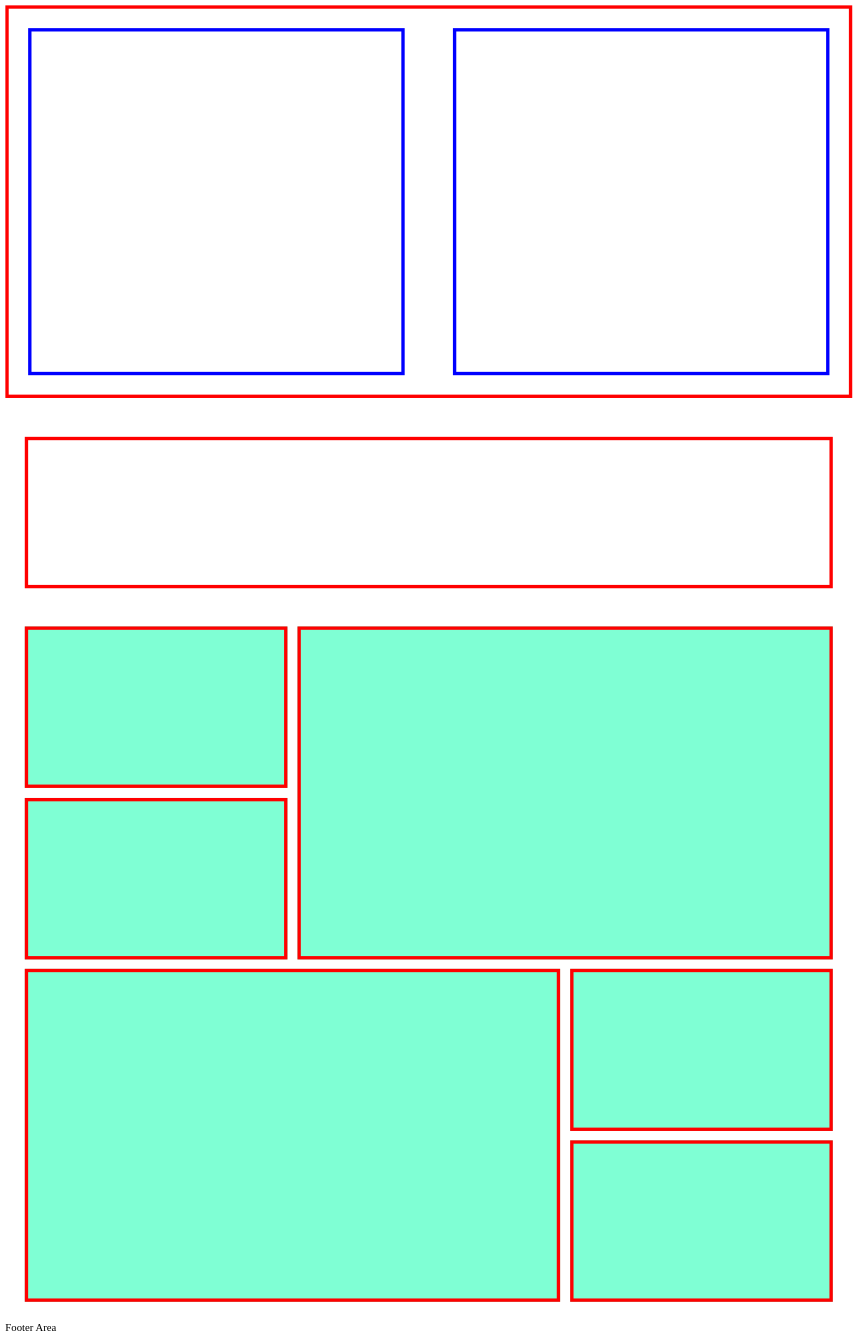
Repository: BwesewB/Brutalist-Website
Page: /
The author's editor kept a copy of each file at every save. The page is drawn from the files as they stood at one save, then again after the next save.
The browser window is 1280 px wide. The pictures show the whole page, at 67% of full size.
The project was rebuilt for these pictures with package versions that can differ from the ones it lists, and the page was loaded fresh each time. The framework's server and built-in components were replaced by stand-ins that run in the browser. Also part of the build but not shown: next.config.mjs.

Above is the page before, as saved 2024-02-03 17:54:26.

### pages/index.js
import Head from "next/head";
import Image from "next/image";
import styles from "@/styles/Home.module.css";
import { useState } from "react";



export default function Home() {

  const[input,setInput] = useState();


  const classFilters = {
    1: 'Magician',
    2: 'Theif',
    4: 'Warrior',
    8: 'Bowman',
    16: 'Pirate',
    32: 'Nothing'
  }

const getClassStyle = flagValue => (input & flagValue) > 0 ? { backgroundColor: 'yellow'} : null;

  return (
    <>
      <Head>
        <title>Create Next App</title>
        <meta name="description" content="Generated by create next app" />
        <meta name="viewport" content="width=device-width, initial-scale=1" />
        <link rel="icon" href="/favicon.ico" />
      </Head>
      <main className={`${styles.main}`}>
        <div className={styles.titlePage}>
          <div className={styles.graphic}></div>
          <div className={styles.displayPanel}></div>
        </div>
        <div className={styles.bottomDisplay}>
          <div className={styles.inputArea}></div>
          <div className={styles.displayArea}>
            <div className={styles.posterOne}></div>
            <div className={styles.posterTwo}></div>
            <div className={styles.posterThree}></div>
            <div className={styles.posterFour}></div>
            <div className={styles.posterFive}></div>
            <div className={styles.posterSix}></div>
          </div>
        </div>

      </main>
      <footer>
        Footer Area
      </footer>
    </>
  );
}

{/* <div class="inputArea">
<input
id="input"
type="text"
placeholder="bitmask decimal value"
value={input}
onChange={event => setInput(event.target.value)}
/>
</div>
<div class="posterArea" >                                                             need to change to posters
<table>
  <tbody>
    {
      Object.keys(classFilters).map(item => (
        <tr key={item} style={getClassStyle(item)}>
          <td>{item}</td>
          <td>{classFilters[item]}</td>
        </tr>
      ))
    }
  </tbody>
</table>
</div> */}

### styles/globals.css
:root{

}

### styles/Home.module.css
.main {
  display:grid;
  grid-template-columns: repeat(4, 1fr);
  gap:4vh;
  box-sizing: border-box;
}

/* <div class="titlePage">
<div class="graphic"></div>
<div class="inputArea"></div>
</div>
<div class="displayArea">
<div class="posterOne"></div>
<div class="posterTwo"></div>
<div class="posterThree"></div>
<div class="posterFour"></div>
<div class="posterFive"></div>
<div class="posterSix"></div>
</div> */

.titlePage{
  height:80vh;
  grid-column: 1/5;
  border: 5px solid red;
/*---------------------------------------------------------------------------------------------------------*/
  display:grid;
  grid-template-columns: repeat(2, 1fr);
  gap:2vh;
}

.graphic, .displayPanel{
  border: 5px solid blue;
  margin:4vh;
}

.graphic{
  grid-column: 1/2;
}

.displayPanel{
  grid-column: 2/3;
  grid-template-columns: repeat(2, 1fr);
}

/*---------------------------------------------------------------------------------------------------------*/
.inputArea{
  border: 5px solid red;
  margin:4vh;
  grid-column: 4/5;
  grid-row:1/2;
  height:30vh;
}
/*---------------------------------------------------------------------------------------------------------*/


.bottomDisplay{
  grid-column: 1/5;
  grid-template-columns: repeat(4, 1fr);
}

.displayArea {
  grid-column: 1/4;
/*--------------------------------------------------------------------------------------------------------- This needs to be in a component*/
  display: grid;
  grid-template-columns: repeat(3, 1fr);
  grid-template-rows: repeat(4, 1fr);
  gap: 2vh;
  height:140vh;
  padding: 4vh;
}
/*---------------------------------------------------------------------------------------------------------*/

.posterOne,
.posterTwo,
.posterThree,
.posterFour,
.posterFive,
.posterSix {
  background-color: aquamarine;
  border: 5px solid red;
}

.posterTwo{
  grid-column: 2/4;
  grid-row: 1/3;
}

.posterFour{
  grid-column: 1/3;
  grid-row: 3/5;
}

Loaded but not shown: pages/_app.js (common file); pages/_document.js (common file)

After the next save:
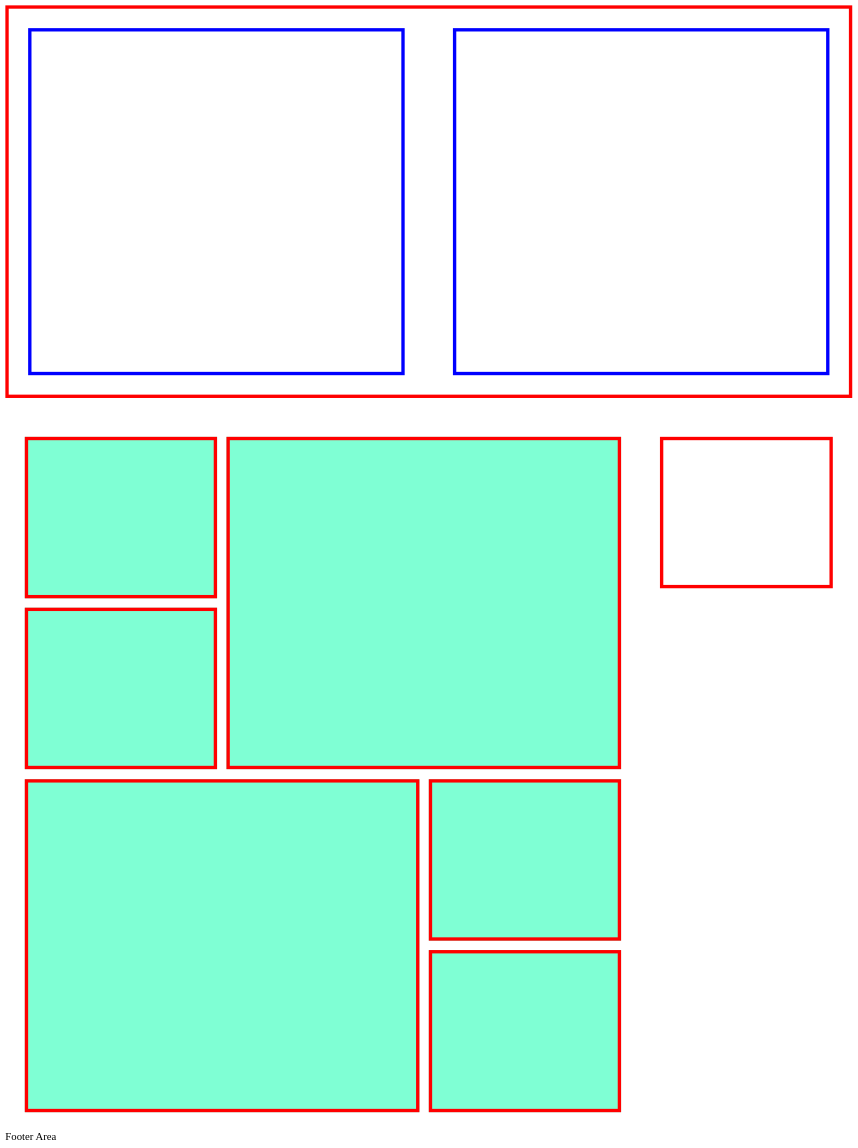
Saved 65 s later.
--- a/styles/Home.module.css
+++ b/styles/Home.module.css
@@ -42,7 +42,9 @@
   grid-template-columns: repeat(2, 1fr);
 }
 
+
 /*---------------------------------------------------------------------------------------------------------*/
+
 .inputArea{
   border: 5px solid red;
   margin:4vh;
@@ -50,11 +52,12 @@
   grid-row:1/2;
   height:30vh;
 }
+
 /*---------------------------------------------------------------------------------------------------------*/
-
 
 .bottomDisplay{
   grid-column: 1/5;
+  display:grid;
   grid-template-columns: repeat(4, 1fr);
 }
 
@@ -68,6 +71,7 @@
   height:140vh;
   padding: 4vh;
 }
+
 /*---------------------------------------------------------------------------------------------------------*/
 
 .posterOne,
